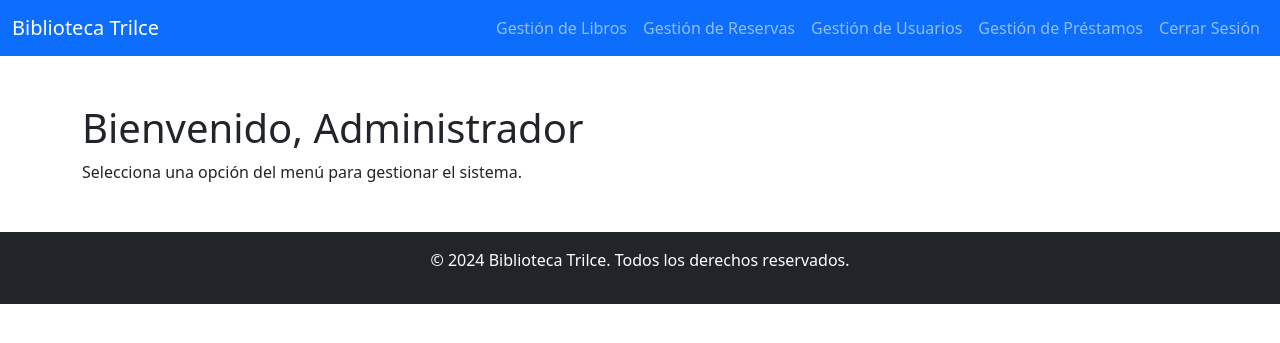
Repository: maycky02/Bibloteca_integrador
Page: http://localhost/admin/dashboard
The author's editor kept a copy of each file at every save. The page is drawn from the files as they stood at one save, then again after the next save.
The browser window is 1280 px wide. The pictures show the whole page.
The page is this project's Thymeleaf template; nobody is signed in. The template is opened directly, without the code that normally fills it, so the values that code supplies are empty.

Above is the page before, as saved 2024-11-30 06:21:37.

After the next save:
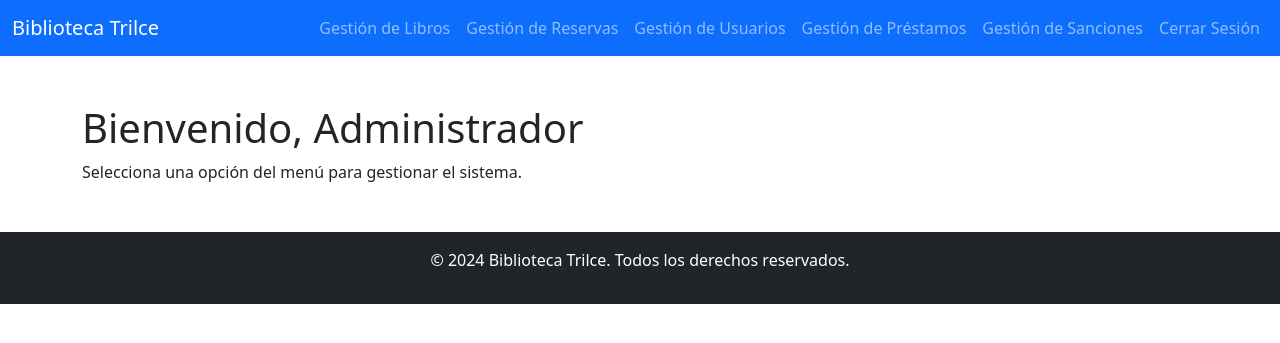
Saved 43 s later.
--- a/Bibloteca/src/main/resources/templates/admin/dashboard.html
+++ b/Bibloteca/src/main/resources/templates/admin/dashboard.html
@@ -28,6 +28,10 @@
                         <a class="nav-link" href="/admin/prestamos">Gestión de Préstamos</a>
                     </li>
                     <li class="nav-item">
+                    <li class="nav-item">
+                        <a class="nav-link" href="/admin/sanciones">Gestión de Sanciones</a>
+                    </li>
+                    <li class="nav-item">
                         <a class="nav-link" href="/logout">Cerrar Sesión</a>
                     </li>
                 </ul>
